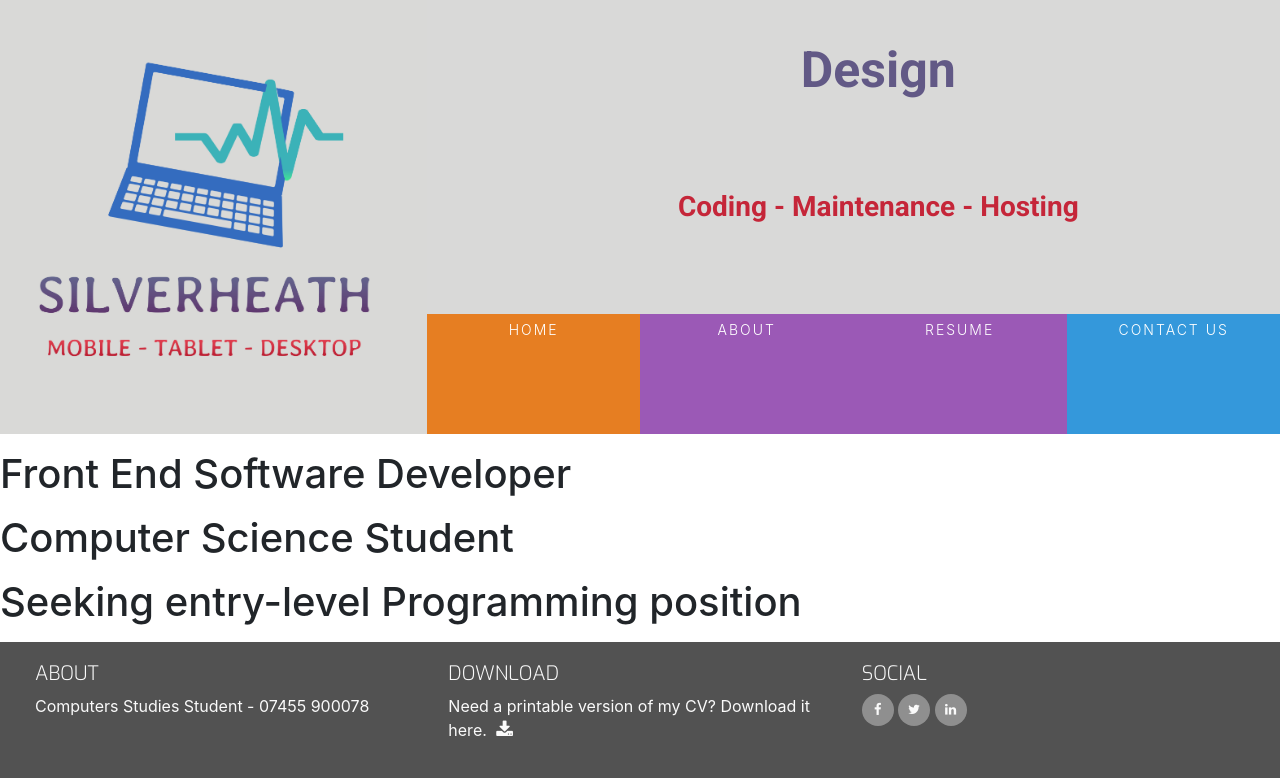
Repository: Code-Institute-Submissions/silverheath
Page: index.html
The author's editor kept a record of every edit. The page is drawn from the files as they stood at one moment, then again after the next edit.
The browser window is 1280 px wide. The pictures show the whole page.
Some web libraries are served in a nearby version.

Above is the page before.

### index.html
<!DOCTYPE html>
<html lang="en">

<head>
    <meta charset="UTF-8">
    <meta name="viewport" content="width=device-width, initial-scale=1.0">
    <meta http-equiv="X-UA-Compatible" content="ie=edge">
    <link rel="stylesheet" href="https://maxcdn.bootstrapcdn.com/bootstrap/4.2.1/css/bootstrap.min.css" type="text/css" />
    <link rel="stylesheet" href="https://maxcdn.bootstrapcdn.com/font-awesome/4.7.0/css/font-awesome.min.css" type="text/css" />
    <link rel="stylesheet" href="https://cdnjs.cloudflare.com/ajax/libs/hover.css/2.1.1/css/hover-min.css" type="text/css" />
    <link rel="stylesheet" href="assets/css/style.css">
    <title>SilverHeath</title>
</head>

<body>
    <header>
        <div class="row no-gutters">
            <a class="col-md-4 logo" href="index.html"></a>
            <div class="col-md-8">
                <div class="row no-gutters bg-color-name-title">
                    <div class="col heading">
                        <h1 class="name" <h1 class="name">Design</h1>
                        <h2 class="title">Coding - Maintenance - Hosting</h2>
                    </div>
                </div>
                <div class="row no-gutters">
                    <div class="col">
                        <ul id="nav" class="list-inline menucontainer">
                            <li class="col-6 col-sm-3 list-inline-item ui-menu-color-home menuitem">
                                <a href="index.html" class="hvr-bounce-to-top"><span>Home</span></a>
                            </li>
                            <li class="col-6 col-sm-3 list-inline-item ui-menu-color-about menuitem">
                                <a href="about.html" class="hvr-bounce-to-bottom"><span>About</span></a>
                            </li>
                            <li class="col-6 col-sm-3 list-inline-item ui-menu-color-resume menuitem">
                                <a href="resume.html" class="hvr-bounce-to-top"><span>Resume</span></a>
                            </li>
                            <li class="col-6 col-sm-3 list-inline-item ui-menu-color-contact menuitem">
                                <a href="contact.html" class="hvr-bounce-to-bottom"><span>Contact Us</span></a>
                            </li>
                        </ul>
                    </div>
                </div>
            </div>
        </div>
    </header>
          <div class="topline">
          <p>
            <h1>Front End Software Developer</h1> </p>
          </p>
        </div>
          <div class="middleline">
        <p>
          <h1>Computer Science Student</h1> </p>
        </p>
      </div>
      <div class="bottomline">
      <p>
        <h1>Seeking entry-level Programming position</h1> </p>
      </p>
    </div>

                        </div>
                    </div>
                </div>
            </div>
        </div>

    </section>
    <footer class="container-fluid">
        <div id="footer-details" class="row">
            <div class="col-sm-4">
                <h5 class="uppercase general-sub">About</h5>
                <p class="inline-block">
                    Computers Studies Student - 07455 900078
                </p>
            </div>
            <div class="col-sm-4">
                <h5 class="uppercase general-sub">Download</h5>
                <p class="inline-block">
                  Need a printable version of my CV? Download it here.
                  <a href="assets/cv/cv.pdf" target="_blank" class="cv-pdf">
                                  <i class="fa fa-download" aria-hidden="true"></i>
                                  <span class="sr-only">Download link.</span>
                              </a>
                </p>
            </div>
            <div class="col-sm-4">
                <h5 class="uppercase general-sub">Social</h5>
                <ul class="list-inline social-links">
                    <li class="list-inline-item">
                        <a target="_blank" href="https://www.facebook.com/T123MRD">
                                        <i class="fa fa-facebook" aria-hidden="true"></i>
                                        <span class="sr-only">Facebook</span>
                                    </a>
                    </li>
                    <li class="list-inline-item">
                        <a target="_blank" href="https://twitter.com/md1858">
                                        <i class="fa fa-twitter" aria-hidden="true"></i>
                                        <span class="sr-only">Twitter</span>
                                    </a>
                    </li>
                    <li class="list-inline-item">
                        <a target="_blank" href="https://www.linkedin.com/in/mark-dyson-ba7397a1/">
                                        <i class="fa fa-linkedin" aria-hidden="true"></i>
                                        <span class="sr-only">LinkedIn</span>
                                    </a>
                    </li>



                </ul>
            </div>
        </div>
    </footer>
</body>

</html>

### assets/css/style.css
@import url('https://fonts.googleapis.com/css?family=Roboto:100,200,300,400,500,600,700|Exo:100,200,300,400,500,600,700');

/*--------------------------------------------Colors*/

.bg-color-name-title {
    background-color: #D9D9D8;
}

.bg-color-three-reasons {
    background-color: #fff;
}

.bg-color-personal-info {
    background-color: #f4f4f4;
}

.bg-color-work-history {
    background-color: #9b59b6;
}

.bg-color-contact {
    background-color: #fff;
}

.ui-menu-color-home {
    background-color: #e67e22;
}

.ui-menu-color-resume {
    background-color: #9b59b6;
}

.ui-menu-color-about {
    background-color: #9b59b6;
}

.ui-menu-color-contact {
    background-color: #3498db;
}

.ui-menu-color-download {
    background-color: #525252;
}

.row-table {
    display: table;
}

.section-column {
    display: table-cell;
    padding: 0 30px 30px;
    float: none;
}

.section-heading {
    font-family: "Exo", sans-serif;
    font-weight: 300;
    margin-top: 25px;
    margin-bottom: 40px;
}

/* ----------------------------------------Special paddings/margins/text */

h1,
h2,
h3,
h4 {
    margin: 0;
}

.uppercase {
    text-transform: uppercase;
}

.general-sub {
    font-family: "Exo", sans-serif;
    font-weight: 300;
    color: #fafafa;
}

.inline-block {
    display: inline-block;
}

.row-table {
    display: table;
}

.section-column {
    display: table-cell;
    padding: 0 30px 30px;
    float: none;
}

.history-heading,
.section-heading {
    font-family: "Exo", sans-serif;
    font-weight: 300;
    margin-top: 25px;
    margin-bottom: 40px;
}


/*--------------------------------------------Heading*/

header {
    margin: 0;
}

.heading {
    margin-top: 30px;
    margin-left: 50px;
}

.logo {
    background: url("../images/logo.jpg");
    background-position: center;
    background-repeat: no-repeat;
    background-size: cover;
    min-height: 250px;
    transition: all .5s ease-in-out;
    -moz-transition: all .5s ease-in-out;
    -webkit-transition: all .5s ease-in-out;
}

.name {
    font-family: "Roboto", sans-serif;
    font-weight: 800;
    font-size: 50px;
    margin-top: 10px;
    margin-bottom: 90px;
    color: #625986;
  text-align: center;
}

.title {
    font-family: "Roboto", sans-serif;
    font-weight: 800;
    font-size: 28px;
    margin-top: 5px;
    margin-bottom: 90px;
    color: #C52639;
   text-align: center;
}

.list-inline-item:not(:last-child) {
    margin: 0;
}

.menucontainer {
    font-size: 0;
}

#nav li {
    font-size: 14px;
    padding: 0;
}

#nav {
    margin: 0;
}

.menuitem {
    height: 120px;
    text-align: center;
    padding: 0;
}

.menuitem a {
    width: 100%;
    text-decoration: none;
    color: #fff;
    height: 120px;
}

.menuitem a i {
    padding-top: 22px;
    display: block;
    color: #fafafa;
    font-size: 26px;
}

.menuitem span {
    display: block;
    width: 100%;
    padding-top: 5px;
    text-align: center;
    text-transform: uppercase;
    font-size: 14px;
    font-weight: 300;
    letter-spacing: 2px;
}

/*--------------------------------------------Hover.css*/

.hvr-sweep-to-bottom:before {
    background: rgba(0, 0, 0, 0.2);
    height: 120px;
}

/* ----------------------------------------Footer */

footer {
    background-color: #525252;
    color: #fafafa;
    min-height: 120px;
    margin: 0;
}

.cv-pdf i {
    font-size: 18px;
    color: #fafafa;
    text-align: center;
    padding-left: 5px;
    transition: all 0.35s ease-in-out;
    -moz-transition: all 0.35s ease-in-out;
    -webkit-transition: all 0.35s ease-in-out;
    -o-transition: all 0.35s ease-in-out;
}

.cv-pdf i:hover {
    color: #e84610;
}

.social-links {
    padding-bottom: 15px;
}

.social-links li a i {
    width: 32px;
    height: 32px;
    padding: 12px 0;
    border-radius: 50%;
    font-size: 13px;
    line-height: 7px;
    text-align: center;
    color: #fafafa;
    background: #8f8f8f;
    transition: all 0.35s ease-in-out;
    -moz-transition: all 0.35s ease-in-out;
    -webkit-transition: all 0.35s ease-in-out;
    -o-transition: all 0.35s ease-in-out;
}

.social-links li a i:hover {
    background: #e84610;
}

#footer-details {
    padding: 20px;
}

/* ----------------------------------------Three Reasons */

.three-reasons-icon {
    font-size: 26px;
    color: #e67e22;
}

.three-reasons-heading {
    margin-bottom: 15px;
}

/* ----------------------------------------Personal Info */

.personal-info-item {
    margin-bottom: 20px;
    display: block;
    clear: both;
}

.personal-info-item .key,
.personal-info-item .value {
    padding-right: 8px;
    display: inline-block;
}

.personal-info-item .key p,
.personal-info-item .value p {
    margin: 0;
}

.personal-info-item .key {
    width: 30%;
    margin-right: 21px;
    padding-top: 2px;
    vertical-align: top;
}

.personal-info-item .key p {
    font-weight: 700;
}

.personal-info-item .value {
    position: relative;
    width: 60%;
}

/* ----------------------------------------Skills */

.progress {
    position: relative;
    height: 25px;
    margin-bottom: 4px;
}

.progress-type {
    position: absolute;
    left: 0px;
    font-weight: 400;
    padding: 3px 30px 2px 10px;
    color: #fafafa;
    background-color: rgba(25, 25, 25, 0.2);
}

.progress-section {
    margin: 40px 20px;
}

/* ----------------------------------------Work History */

.history-heading {
    color: #fafafa;
    margin-bottom: 50px;
}

.timeline-item {
    padding: 4em 2em 0em 2em;
    position: relative;
    color: #fafafa;
    border-left: 1px solid;
}

.timeline-item p {
    padding: 0;
    margin: 0;
}

.timeline-item:before {
    content: attr(data-dates);
    position: absolute;
    left: 2.5em;
    top: 3em;
    display: block;
    font-family: "Exo", sans-serif;
    font-weight: 500;
    font-size: 0.8em;
    padding: 0;
    margin: 0;
}

.timeline-item:after {
    width: 12px;
    height: 12px;
    display: block;
    top: 2.4em;
    position: absolute;
    left: -6px;
    border-radius: 12px;
    content: '';
    background: #fafafa;
}

.history-items {
    margin-bottom: 30px;
}

/* ----------------------------------------Contact Form */

.contact-heading {
    font-family: "Exo", sans-serif;
    font-weight: 300;
    margin-top: 25px;
    margin-bottom: 20px;
}

.center-form {
    padding-top: 10px;
    margin: 0 auto;
    max-width: 70%;
}

button[type="submit"] {
    margin-top: 15px;
    margin-bottom: 20px;
    color: #fafafa;
    background-color: #e84610;
}

/* ----------------------------------------Media Queries */

@media(min-width: 992px) {
    .center-form {
        padding-top: 30px;
        min-height: 240px;
        margin: 0 auto;
        max-width: 50%;
    }
}

After the next edit:
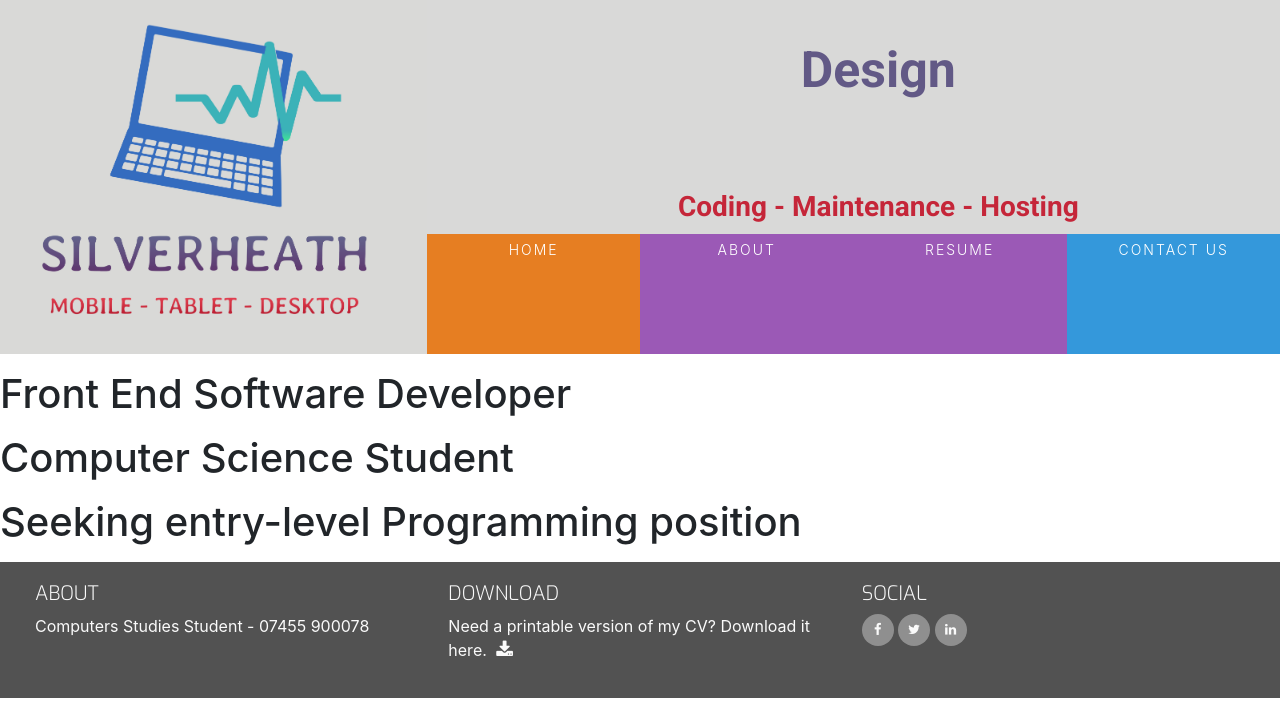
The edit:
--- a/assets/css/style.css
+++ b/assets/css/style.css
@@ -138,7 +138,7 @@
     font-weight: 800;
     font-size: 28px;
     margin-top: 5px;
-    margin-bottom: 90px;
+    margin-bottom: 10px;
     color: #C52639;
    text-align: center;
 }
